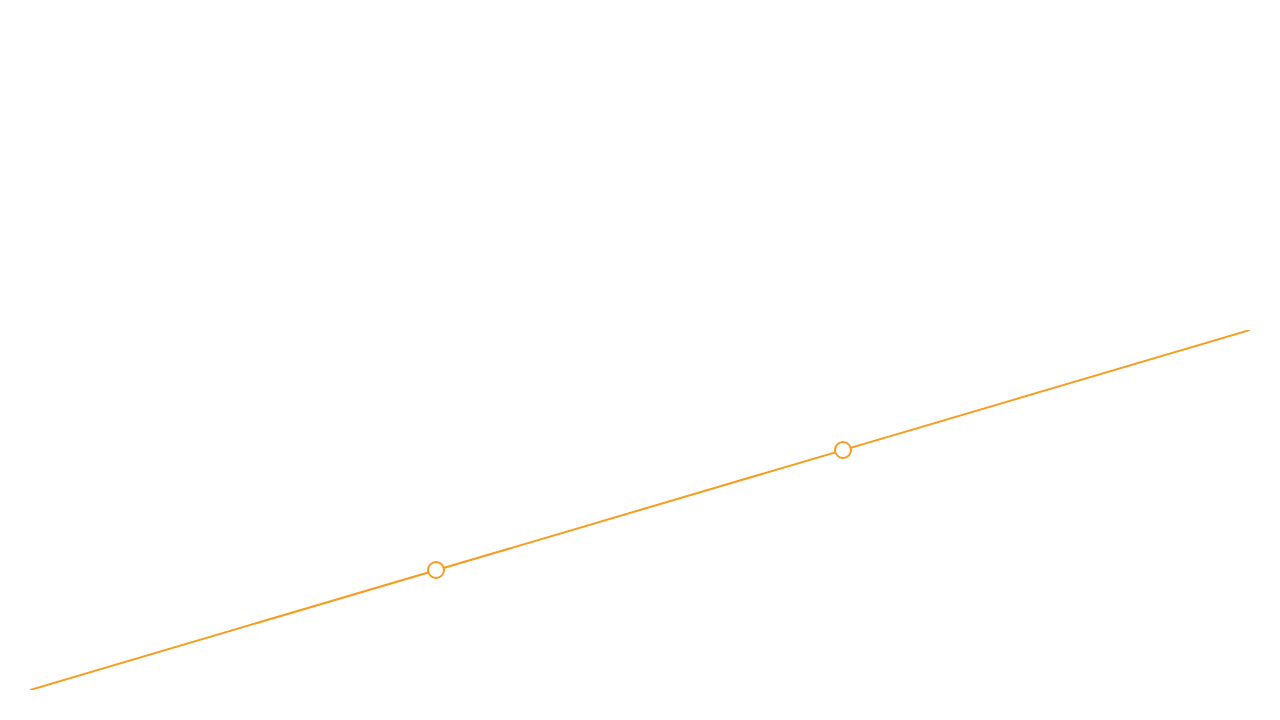
Repository: alinlinbo/yanling-resume-site
Page: svg.html
These files come from the project's save history. The page is drawn as it stood at one moment and after the next save; the edit follows.
The browser window is 1280 px wide. The pictures show the whole page.

Above is the page before, as saved 2023-09-22 17:13:10.

### svg.html
<!DOCTYPE html>
<html lang="en">

<head>
    <meta charset="UTF-8">
    <meta name="viewport" content="width=device-width, initial-scale=1.0">
    <title>svg</title>

</head>
<style>
    * {
        margin: 0;
        padding: 0;
        box-sizing: border-box;
    }

    .content {
        width: 100%;
        height: 100vh;
        display: flex;
        justify-content: center;
        align-items: end;
        padding: 30px;
    }

    svg {
        width: 100%;
        height: 50vh;
    }

    .line {
        /* stroke-dasharray: 1000;
        stroke-dashoffset: 1000; */
        animation: draw 2s linear forwards;
    }

    .d-none {
        display: none;
    }

    @keyframes draw {
        to {
            stroke-dashoffset: 0;
        }
    }
</style>

<body>
    <div class="content">
        <svg>
            <!-- 三段直线 -->
            <path class="line" id="line" d="" stroke="#F89C21" stroke-width="2" fill="none" />
            <!-- 两个间隔小圆点 -->
            <circle class="d-none" id="c1" cx="200" cy="50" r="8" stroke="#F89C21" stroke-width="2" fill="white" />
            <circle class="d-none" id="c2" cx="100" cy="50" r="8" stroke="#F89C21" stroke-width="2" fill="white" />
        </svg>
    </div>
    <script>
        const line = document.getElementById('line'),
            c1 = document.getElementById('c1'),
            c2 = document.getElementById('c2')

        //获取vw
        const vw = window.innerWidth - 60;
        const vh = window.innerHeight ;
        console.log(vw)
        let d1W = Math.floor(vw / 3),
            d2W = Math.floor(vw * 2 / 3),
            d3W = Math.floor(vw)
        let d1H = Math.floor(vh * 0.5 * 2 / 3),
            d2H = Math.floor(vh * 0.5 / 3)
        console.log(d1H, d2H)
        line.setAttribute('d', `M 0 ${vh * 0.5} L ${d3W} 0`)
        // c1的坐标
        c1.setAttribute('cx', d1W)
        c1.setAttribute('cy', d1H)
        // c2的坐标
        c2.setAttribute('cx', d2W)
        c2.setAttribute('cy', d2H)
        setTimeout(() => {
            c1.classList.remove('d-none')
        }, 900)
        setTimeout(() => {
            c2.classList.remove('d-none')
        }, 1800)
    </script>
</body>

</html>

After the next save:
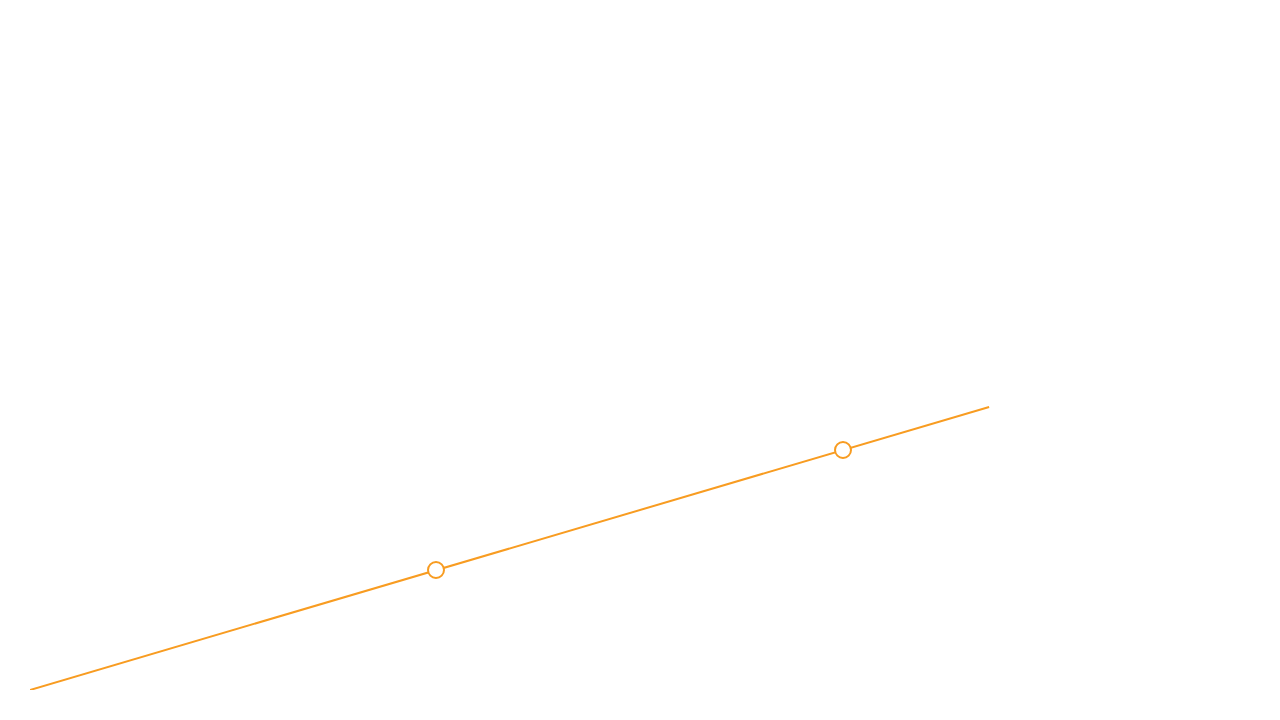
Saved 14 s later.
--- a/svg.html
+++ b/svg.html
@@ -29,8 +29,8 @@
     }
 
     .line {
-        /* stroke-dasharray: 1000;
-        stroke-dashoffset: 1000; */
+        stroke-dasharray: 1000;
+        /* stroke-dashoffset: 1000; */
         animation: draw 2s linear forwards;
     }
 

After the save that followed:
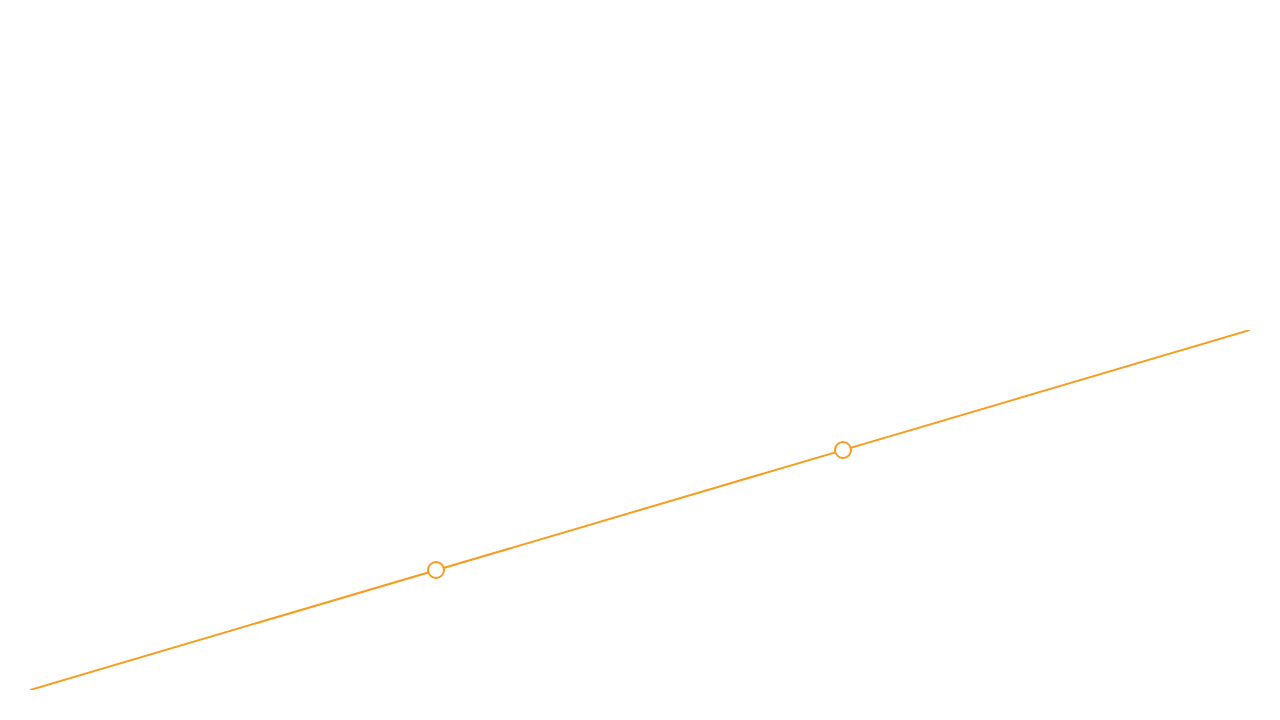
Saved 13 s later.
--- a/svg.html
+++ b/svg.html
@@ -29,8 +29,8 @@
     }
 
     .line {
-        stroke-dasharray: 1000;
-        /* stroke-dashoffset: 1000; */
+        /* stroke-dasharray: 1000; */
+        stroke-dashoffset: 1000;
         animation: draw 2s linear forwards;
     }
 
